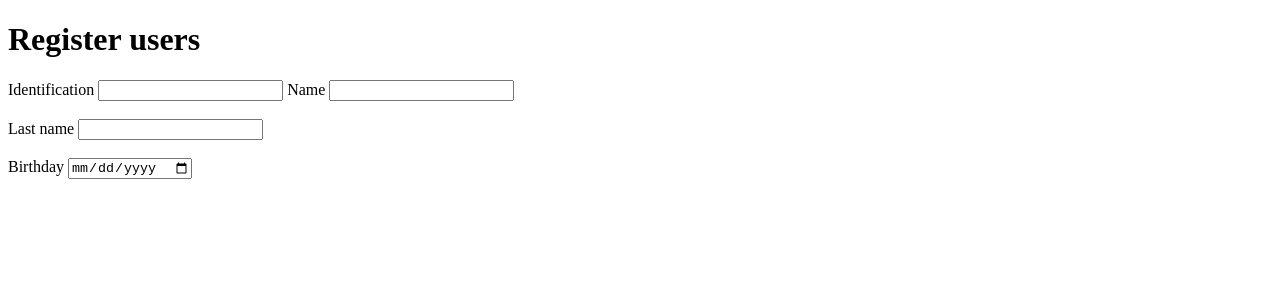
Repository: alexander7-co/proyecto9
Page: templates/register.html
The author's editor kept a record of every edit. The page is drawn from the files as they stood at one moment, then again after the next edit.
The browser window is 1280 px wide. The pictures show the whole page.

Above is the page before.

### templates/register.html
<!DOCTYPE html>
<html>
    <head>
        <meta http-equiv="content-type" content="text/html; charset=utf-8" />
        <title>web page</title>
    </head>
    <body>
        <h1>Register users</h1>
        <form>
            <label>Identification</label> <input type= "number"/>
            <label>Name</label> <input type= "text"/><br><br>
            <label>Last name</label> <input type= "text"/><br><br>
            <label>Birthday</label> <input type= "date"/>

    </body>
</html>

After the next edit:
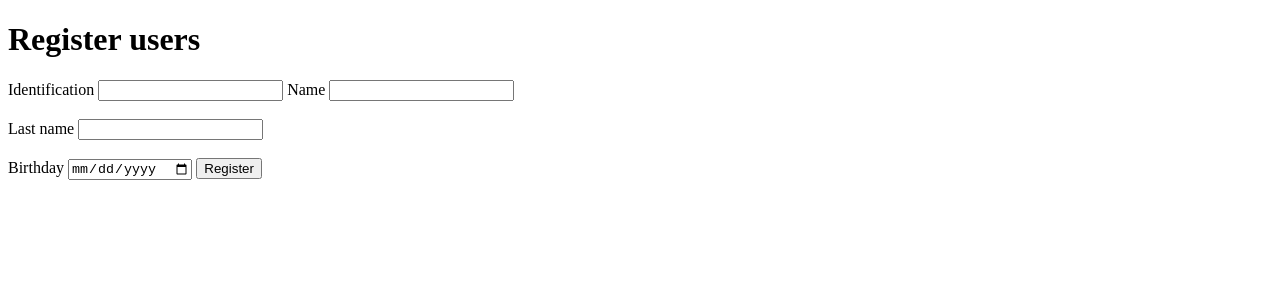
The edit:
--- a/templates/register.html
+++ b/templates/register.html
@@ -11,6 +11,7 @@
             <label>Name</label> <input type= "text"/><br><br>
             <label>Last name</label> <input type= "text"/><br><br>
             <label>Birthday</label> <input type= "date"/>
+            <button>Register</button>
 
     </body>
 </html>
